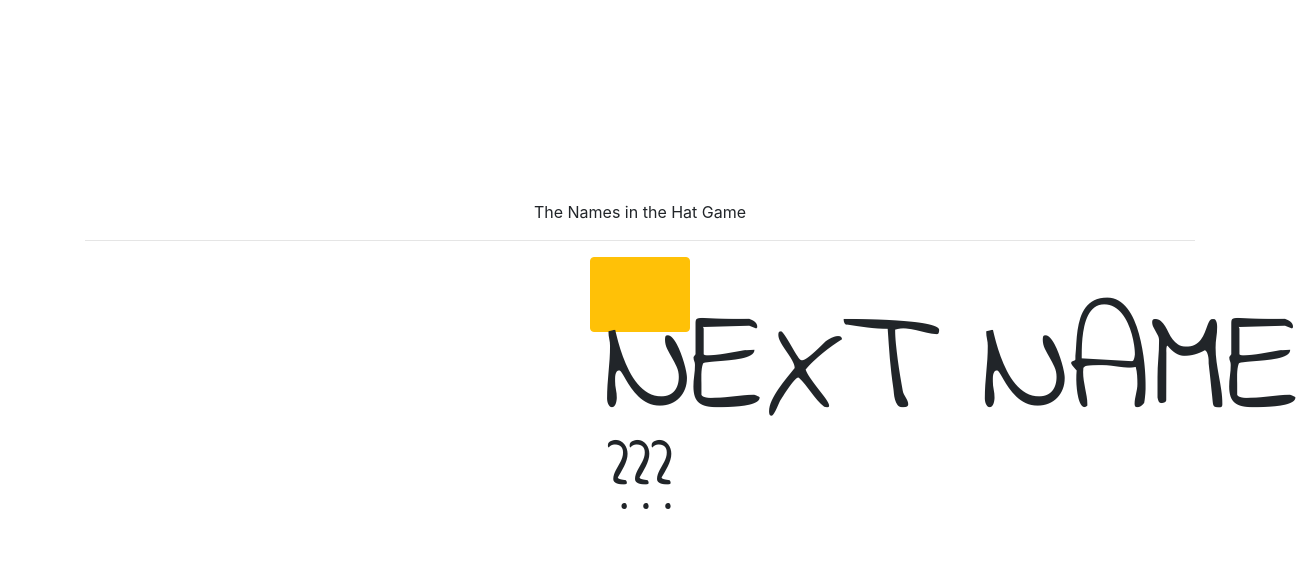
Repository: TaylorD1982/randomizer
Page: index.html
The author's editor kept a record of every edit. The page is drawn from the files as they stood at one moment, then again after the next edit.
The browser window is 1280 px wide. The page is 1302 px wide, so the pictures cover 1302 px, including what lies to the right of the window. The pictures show the whole page.
Some web fonts or font styles are not loaded; a fallback is used. Some web libraries are served in a nearby version.

Above is the page before.

After the next edit:
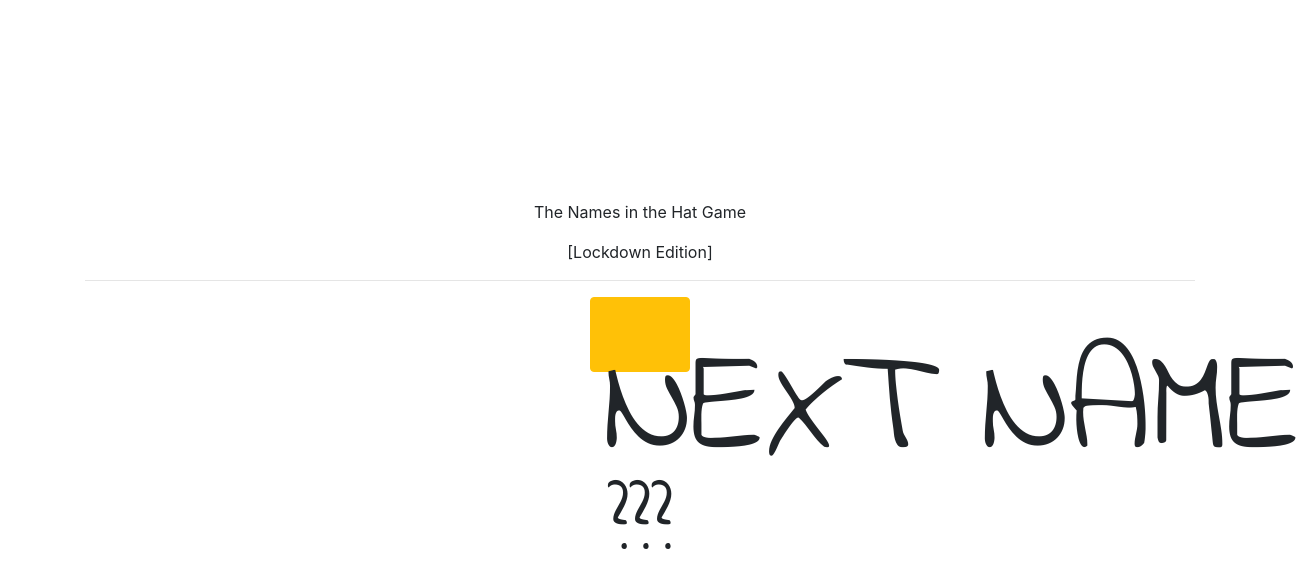
The edit:
--- a/index.html
+++ b/index.html
@@ -16,8 +16,9 @@
     <div class="container">
         <div class="row app">
             <div class="col">
-                <div class="title">
-                    The Names in the Hat Game
+                <div>
+                    <P class="title">The Names in the Hat Game</P>
+                    <P class="lock">[Lockdown Edition]</P>
                 </div>
                 <hr>
                 <button id="Button" type="button" class="btn btn-warning">
